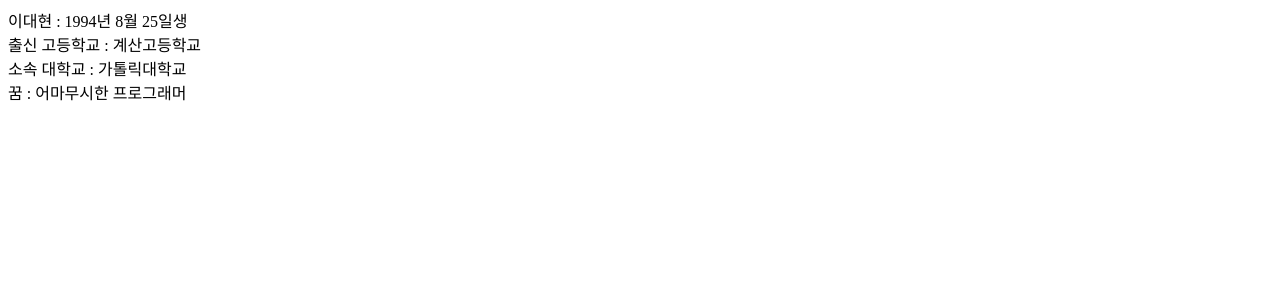
Repository: daelong/WebProject
Page: http://localhost/webproject/MyProperty.jsp
The author's editor kept a copy of each file at every save. The page is drawn from the files as they stood at one save, then again after the next save.
The browser window is 1280 px wide. The pictures show the whole page.
The page is served by Tomcat 9. Other server files are loaded and not shown.

Above is the page before, as saved 2019-04-02 08:07:02.

### webproject/WebContent/MyProperty.jsp
<%@ page contentType="text/html; charset=EUC-KR"%>
<!DOCTYPE html>
<html>
<head>
<meta charset="EUC-KR">
<title>이대현 정보</title>
</head>
<body>
이대현 : 1994년 8월 25일생<br>
출신 고등학교 : 계산고등학교<br>
소속 대학교 : 가톨릭대학교<br>
꿈 : 어마무시한 프로그래머<br>
</body>
</html>

After the next save:
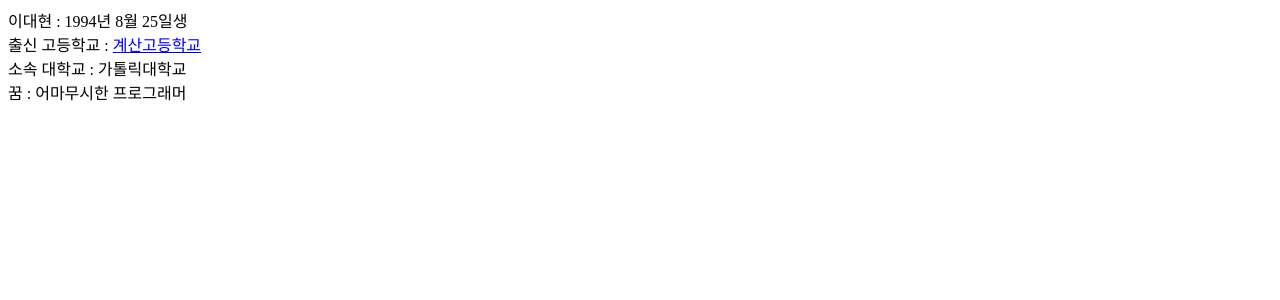
Saved 17 min 19 s later.
--- a/webproject/WebContent/MyProperty.jsp
+++ b/webproject/WebContent/MyProperty.jsp
@@ -7,7 +7,7 @@
 </head>
 <body>
 이대현 : 1994년 8월 25일생<br>
-출신 고등학교 : 계산고등학교<br>
+출신 고등학교 : <a href="http://gyesan.icehs.kr/main.do">계산고등학교</a><br>
 소속 대학교 : 가톨릭대학교<br>
 꿈 : 어마무시한 프로그래머<br>
 </body>
